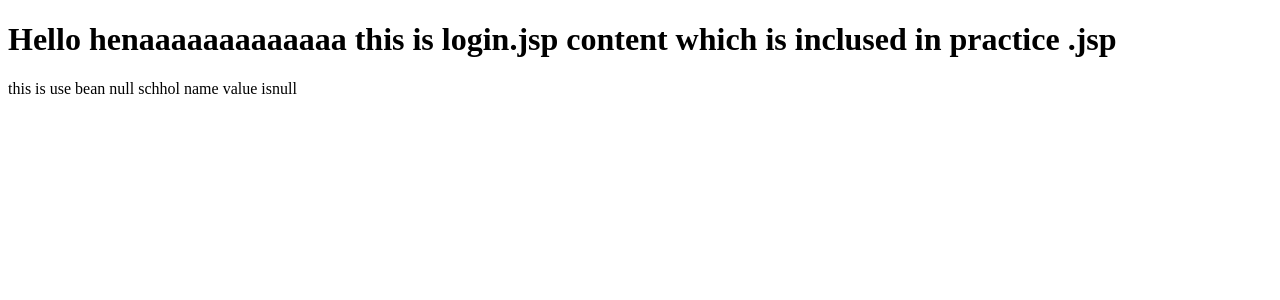
Repository: heenasalim/Java_Script
Page: http://localhost/JsphDemo/Login.jsp
An editor plug-in stored every save of this project. The page is shown before and after the next save, followed by the edit.
The browser window is 1280 px wide. The pictures show the whole page.
The page is served by Tomcat 9.

Above is the page before, as saved 2015-10-15 18:48:47.

After the next save:
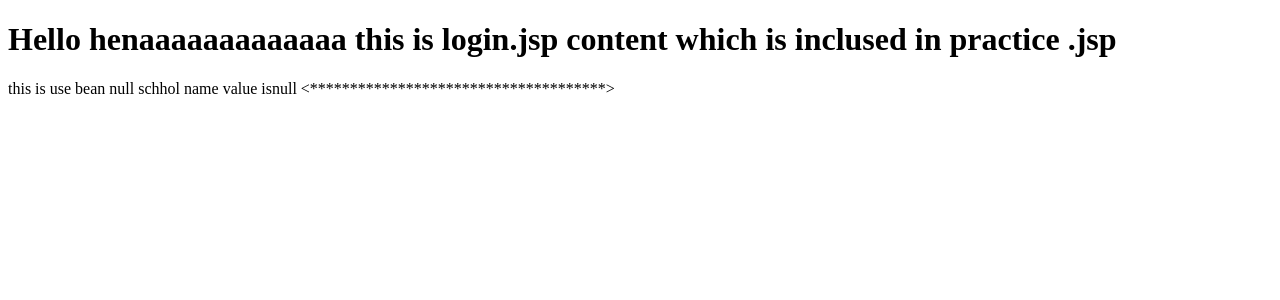
Saved 7 s later.
--- a/JsphDemo/WebContent/Login.jsp
+++ b/JsphDemo/WebContent/Login.jsp
@@ -17,6 +17,7 @@ String  h=(String)session.getAttribute("schoolname");
 out.println("schhol  name  value  is" +  h);
 
 %>
+<*************************************>
 <%--
 String  h=request.getParameter("schoolname");
 application.setAttribute("schoolname",schoolname);
